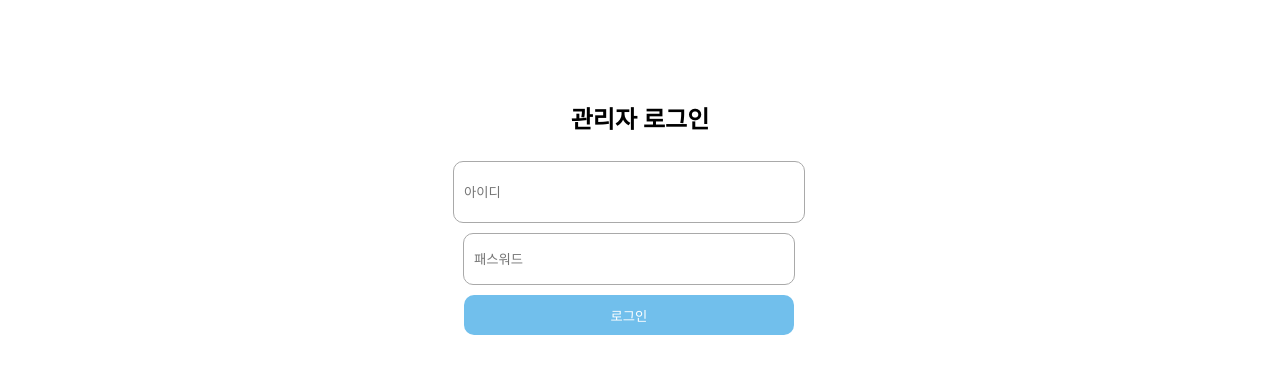
Repository: hystarbit/cinnamorollstore
Page: http://localhost/cinnamorollstore/admin/login/login.jsp
The author's editor kept a copy of each file at every save. The page is drawn from the files as they stood at one save, then again after the next save.
The browser window is 1280 px wide. The pictures show the whole page.
Some web fonts or font styles are not loaded; a fallback is used. The page is served by Tomcat 9. Nobody is signed in. The application's start-up code is not run. Other server files are loaded and not shown.

Above is the page before, as saved 2024-09-06 03:11:16.

### cinnamorollstore/src/main/webapp/admin/login/login.jsp
<%@ page language="java" contentType="text/html; charset=UTF-8"
	pageEncoding="UTF-8"%>
<%@ taglib prefix="c" uri="http://java.sun.com/jsp/jstl/core"%>
<c:set var="path" value="${pageContext.request.contextPath}" />
<!DOCTYPE html>
<html>
<head>
<meta charset="UTF-8">
<title>시나모롤 스토어</title>
<link href="${path}/resources/css/main.css" rel="stylesheet" />
</head>

<body>
	<div id="login" class="login">
		<h2 class="login-title">관리자 로그인</h2>
		<form action="../main/adminMain.jsp" method="post" id="loginForm"
			class="loginForm">
			<input type="text" id="user_id" name="user_id" placeholder="아이디" required>
			<br>
			<input type="password" id="password" name="password"
				placeholder="패스워드" style="width:310px; height: 30px;" required >
			<br>
			<button type="submit" id="login-submit" class="login-submit" >로그인</button>
		</form>
	</div>
</body>

</html>

### cinnamorollstore/src/main/webapp/resources/css/main.css
@font-face {
	font-family: 'TTLaundryGothicB';
	src:
		url('https://fastly.jsdelivr.net/gh/projectnoonnu/2403-2@1.0/TTLaundryGothicB.woff2')
		format('woff2');
	font-weight: 700;
	font-style: normal;
}

ul, menu, li {
	list-style: none;
}

a {
	text-decoration-line: none;
	color: #333;
}

#wrap {
	width: 100%;
	min-width: 1260px;
	margin: 0 auto;
	/* border: 1px solid black; */
}

header {
	max-width: 100%;
}

.top-bar {
	/* position: absolute;
    top: 0;
    right: 0;
    left: 0; */
	min-width: 1000px;
	width: 100%;
	height: 32px;
	background-color: #71BFEC;
	z-index: 4;
	font-size: 11px;
}

#headerMenu {
	/* z-index: 10; */
	list-style: none;
	float: right;
	font-size: 11px;
}

#headerMenu>li {
	float: left;
	height: 26px;
	position: relative;
	color: white;
	padding-right: 12px;
}

#headerMenu>li>a {
	color: white;
}

#menu {
	width: 100%;
	position: relative;
	min-width: 1000px;
	top: 0px;
	z-index: 0;
	overflow: hidden;
	height: 30px;
}

#categoryList {
	position: absolute;
	z-index: 0;
	text-align: center;
	display: flex;
	justify-content: space-evenly;
	align-item: center;
	width: 100%;
}

#categoryList>li {
	color: #333;
	font-family: 'TTLaundryGothicB';
}

hr {
	margin-top: 0.5em;
	margin-bottom: 0.5em;
	margin-left: -0.5em;
	margin-right: -0.5em;
	display: block;
	overflow: hidden;
	border-style: inset;
	border-width: 0.5px;
	color: rgb(207, 207, 207);
}

.middle-bar {
	margin-left: 15px;
	margin-right: 15px;
	margin-top: 20px;
	display: flex;
	position: relative;
	z-index: 3;
}

.logo {
	display: flex;
	position: relative;
	align-items: center;
	margin: 20px 0;
}

.logo>span {
	font-size: 30px;
	color: #71BFEC;
	margin-right: 10px;
	float: left;
	font-family: 'TTLaundryGothicB';
	text-align: center;
	width: 210px;
}

.logo>span>a {
	color: #71BFEC;
}

.search {
	position: relative;
	z-index: 3;
	float: left;
	margin-left: 0;
	margin-right: 22px;
	margin-top: 30px;
	width: calc(100% - 250px);
	height: 48px;
	border: 2px solid #71BFEC;
	border-radius: 24px;
}

#searchItem {
	width: calc(100% - 50px) !important;
	left: 20px;
	color: #333;
	position: absolute;
	padding-right: 0;
	padding-left: 0;
	height: 44px;
	margin: 0;
	border: 0;
	text-indent: 8px;
	font-size: 16px;
	outline: 0;
}

.icon-menu {
	display: flex;
	margin-top: 26px;
}

.icon-menu>li {
	float: left;
	position: relative;
	margin-right: 30px;
	display: flex;
	align-items: center;
	list-style: none;
	font-size: 12px;
	font-family: 'TTLaundryGothicB';
	text-align: center;
}

.my-page, .my-cart {
	display: flex;
	flex-direction: column;
	width: 60px;
}

.my-page-icon, .my-cart-icon {
	display: flex;
	width: 60px;
	justify-content: center;
	align-items: center;
	padding-bottom: 5px;
}

.my-page-title, .my-cart-title {
	width: 60px;
	text-align: center;
}

.login {
	margin: 100px auto;
}

.login>form>input {
	height: 40px;
}

.login-title, #join-title {
	font-family: 'TTLaundryGothicB';
	text-align: center;
}

.loginForm {
	z-index: 3;
	margin-top: 26px;
	margin-right: 22px;
	list-style: none;
	font-size: 12px;
	font-family: 'TTLaundryGothicB';
	text-align: center;
}

.loginForm>input {
	margin-bottom: 10px;
	height: 20px;
	width: 330px;
	border-radius: 10px;
	padding: 10px;
	border: 1px solid darkgrey;
}

.login-submit {
	background-color: #71BFEC;
	color: white;
	height: 40px;
	width: 330px;
	margin-bottom: 10px;
	border-radius: 10px;
	border: 0;
	cursor: pointer;
}

.join-button {
	background-color: #ffffff;
	color: #71BFEC;
	height: 40px;
	width: 330px;
	margin-bottom: 10px;
	border-radius: 10px;
	border: 1px solid #71BFEC;
	cursor: pointer;
}

#item-overview {
	position: relative;
	width: 980px;
	padding: 45px 45px 0 0;
	margin: 0 auto;
}

h2 {
	font-size: 24px;
}

h3 {
	font-family: 'TTLaundryGothicB';
	color: #71BFEC;
	font-size: 18px;
	margin-left: 20px;
}

.item-list {
	display: flex;
	overflow: hidden;
	width: 890px;
	/* width: 980px; */
	/* gap: 20px; */
	/* gap: 10px; */
}

.item {
	/* float: left; */
	width: 180px;
}

.item-image {
	width: 200px;
	margin-bottom: 12px;
	align-items: center;
}

.item-infos {
	display: flex;
	flex-direction: column;
	padding-top: 10px;
	font-size: 14px;
	text-align: center;
}

.item-price {
	font-weight: bold;
	color: #ff7bb0;
	font-size: 18px;
	padding: 5px 0;
}

.footer-menu {
	display: flex;
	justify-content: space-around;
	font-size: 12px;
}

.footer-info {
	width: 100%;
	display: flex;
	justify-content: space-evenly;
	font-size: 12px;
	margin-top: 20px;
}

.footer-logo>p {
	font-size: 20px;
	color: #71BFEC;
	margin-right: 10px;
	font-family: 'TTLaundryGothicB';
	text-align: center;
	align-items: center;
	width: 150px;
}

.footer-logo>p>a {
	color: #71BFEC;
	line-height: 150%;
}

.item-info {
	width: 980px;
	margin: 20px auto;
}

.item-info>h2 {
	font-family: 'TTLaundryGothicB';
}

.item-detail {
	display: flex;
	justify-content: space-around;
	padding: 10px;
}

.item-detail-infos {
	display: flex;
	flex-direction: column;
	justify-content: left;
	font-size: 16px;
	text-align: left;
	padding-top: 10px;
	color: #333;
	font-size: 18px;
	line-height: 200%;
	width: 200px;
}

.item-detail-title {
	margin-right: 10px;
	font-weight: bold;
	font-size: 14px;
}

.item-detail-price {
	color: #ff7bb0;
	font-size: 14px;
}

.item-detail-original-price {
	color: #333;
	text-decoration-line: line-through;
}

.item-detail-count>input {
	width: 30px;
}

.item-detail-delivery-price {
	color: #333;
	font-size: 18px;
}

.left {
	display: block;
	width: 100px;
	float: left;
	text-align: right;
	padding-right: 10px;
}

.item-detail-btn {
	display: flex;
	justify-content: space-between;
	align-items: center;
	margin-top: 20px;
	gap: 10px;
}

.cart {
	width: 140px;
	height: 40px;
	background-color: white;
	border: 1px solid #71BFEC;
	border-radius: 10px;
	color: #71BFEC;
	font-weight: bold;
	cursor: pointer;
	margin: 5px;
}

.cart>a {
	color: #71BFEC;
}

.buy {
	width: 140px;
	height: 40px;
	background-color: #71BFEC;
	border: 1px solid #71BFEC;
	border-radius: 10px;
	color: white;
	font-weight: bold;
	cursor: pointer;
	margin: 5px;
}

.buy>a {
	color: white;
}

.item-cart-infos {
	display: flex;
	flex-direction: column;
	font-size: 12px;
	text-align: left;
	padding-top: 10px;
	color: #333;
	line-height: 150%;
	width: 300px;
}

.item-cart-title {
	font-size: 15px;
	margin-right: 10px;
	font-weight: bold;
}

.itemCategoryCount {
	font-size: 16px;
	color: #333;
	display: flex;
	justify-content: flex-end;
}

.itemCount {
	padding-left: 10px;
}

.itemSelect {
	display: flex;
	justify-content: space-between;
	margin-top: 10px;
	align-items: center;
}

.itemOrders {
	font-size: 16px;
	color: #333;
	display: flex;
	justify-content: flex-start;
	margin-left: -40px;
}

.itemOrder {
	padding-right: 10px;
}

.select {
	width: 80px;
	height: 30px;
	font-size: 16px;
	padding: 4px;
	color: #333;
	border-radius: 6px;
}

.delivery-info {
	margin-left: -20px;
	line-height: 150%;
	font-size: 14px;
}

.method-payment {
	font-size: 14px;
}

.order-info {
	font-size: 14px;
	width: 940px;
	margin: 10px 20px;
	text-align: center;
	border-bottom: 1px solid #333;
	border-collapse: collapse;
	line-height: 150%;
}

.order-info tr th {
	background: #71BFEC;
	color: white;
	border: 1px solid #71BFEC;
}

.order-info tr th a {
	color: white;
}

.order-info-table {
	font-size: 14px;
	width: 940px;
	margin: 10px 20px;
	border-top: 1px solid #333;
	border-bottom: 1px solid #333;
	border-collapse: collapse;
	line-height: 150%;
}

.order-info-table tr {
	border-bottom: 1px solid #333;
}

.table-left {
	color: white;
	font-weight: bold;
	text-align: right;
	padding: 4px;
	border-right: 1px solid #333;
}

.border-all {
	border: 1px solid #333;
}

.table-right {
	color: #333;
	padding: 4px;
	border-left: 1px solid #333;
}

.mypage-bar {
	border: 1px solid #333;
	width: 200px;
}

.order-period {
	text-align: center;
	font-size: 14px;
	margin-top: 20px;
	margin-bottom: 20px;
	display: flex;
	gap: 10px;
	align-items: center;
	justify-content: center;
}

.order-check {
	height: 26px;
	width: 70px;
	border: 0;
	border-radius: 4px;
	background: #71BFEC;
	color: white;
}

.order-item-detail-top {
	display: flex;
	justify-content: space-between;
	margin-top: 10px;
	font-weight: bold;
}

.order-item-detail-top-text {
	display: flex;
	justify-content: space-between;
	gap: 10px;
}

.order-buttons {
	display: flex;
	gap: 10px;
}

.order-button {
	background: white;
	border: 1px solid #71BFEC;
	border-radius: 4px;
	color: #71BFEC;
	height: 26px;
}

.dropdown-menu {
	font-size: 14px;
}

.order-item-detail-middle {
	margin-top: 10px;
	display: flex;
	justify-content: space-between;
	gap: 10px;
}

.order-item-detail-category {
	font-weight: bold;
	font-size: 18px;
}

.order-item-detail-tables {
	display: flex;
	align-items: center;
}

.order-item-detail {
	width: 900px;
	border: 1px solid darkgrey;
}

.order-item-list {
	margin: 20px;
}
/*
.nav{
    margin: 10px 0 0 10px;
    width: 120px;
    border:2px solid #71BFEC;
    border-radius: 10px;
    font-size: 14px;
    font-family: 'TTLaundryGothicB';
}


.nav-link{
    color: #71BFEC;
}


.nav-link:hover{
    color: #71BFEC;
}


.nav-item .disabled{
    background: #71BFEC;
    color: white;
}

.nav-item .active{
    color: #ff7bb0;
}
*/
.modal-title {
	font-family: 'TTLaundryGothicB';
}

.delivery-status-title {
	font-family: 'TTLaundryGothicB';
	font-size: 16px;
	color: #333;
	margin-left: 20px;
}

.modal-footer {
	display: flex;
	justify-content: center;
}

.order-info-title {
	display: flex;
	justify-content: space-between;
	align-items: center;
	/* overflow:scroll; */
}

.edit {
	width: 40px;
	height: 25px;
	margin-right: 20px;
	cursor: pointer;
}

label {
	padding-right: 10px;
}

.content {
	width: 700px;
	height: 100px;
	font-size: 14px;
	resize: none;
	text-align: left;
	/* overflow:scroll; */
}

.delete-account-info p {
	font-size: 14px;
	color: #333;
}

.items-title {
	display: flex;
	justify-content: space-between;
	align-items: center;
}

.paging {
	display: flex;
	justify-content: center;
	align-items: center;
	margin-top: 20px;
}

.page-link {
	font-size: 14px;
	color: #71BFEC;
}

.page-link:visited {
	color: #71BFEC;
}

.page-link:hover {
	color: #71BFEC;
}

.bold {
	font-weight: bold;
}

.order-management {
	border: 1px solid #333;
	padding: 10px;
}

.black {
	color: #333;
}

.border-free {
	border: 0
}

h4 {
	font-family: 'TTLaundryGothicB';
	font-size: 16px;
	margin-left: 20px;
}

.order-item-list {
	font-size: 14px;
	/* height: 124px; */
	margin-top: -1px;
	padding: 10px;
	/* overflow: scroll; */
}

p {
	line-height: 70%;
}

.text-right {
	text-align: right;
	font-size: 14px;
	margin-right: 20px;
}

.product-exposure {
	display: flex;
	gap: 20px;
	align-items: center;
	margin-left: 20px;
	font-size: 14px;
}

.admin-main-body {
	display: grid;
	grid-template-columns: 1fr 1fr;
	gap: 20px;
}

.mypage-main {
	display: grid;
	gap: 40px;
	grid-template-columns: 200px 800px;
}

testarea{
	padding: 0;
	margin: 0;
	line-height: normal;
}

.linethrough{
	text-decoration-line: line-through;
}

.reply{
	background-color: #71BFEC;
	border: 1px solid #333;
}

After the next save:
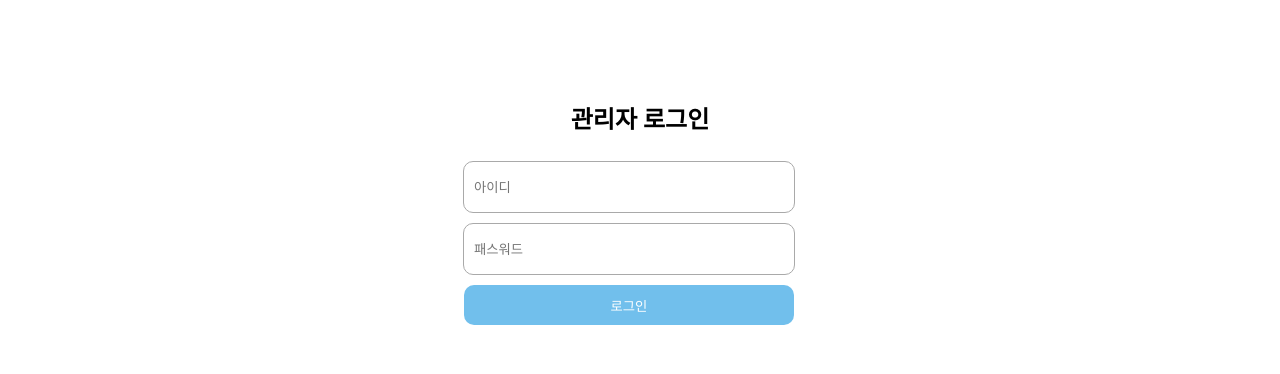
Saved 31 s later.
--- a/cinnamorollstore/src/main/webapp/admin/login/login.jsp
+++ b/cinnamorollstore/src/main/webapp/admin/login/login.jsp
@@ -15,7 +15,8 @@
 		<h2 class="login-title">관리자 로그인</h2>
 		<form action="../main/adminMain.jsp" method="post" id="loginForm"
 			class="loginForm">
-			<input type="text" id="user_id" name="user_id" placeholder="아이디" required>
+			<input type="text" id="user_id" name="user_id"
+			placeholder="아이디" style="width:310px; height: 30px;" required>
 			<br>
 			<input type="password" id="password" name="password"
 				placeholder="패스워드" style="width:310px; height: 30px;" required >
